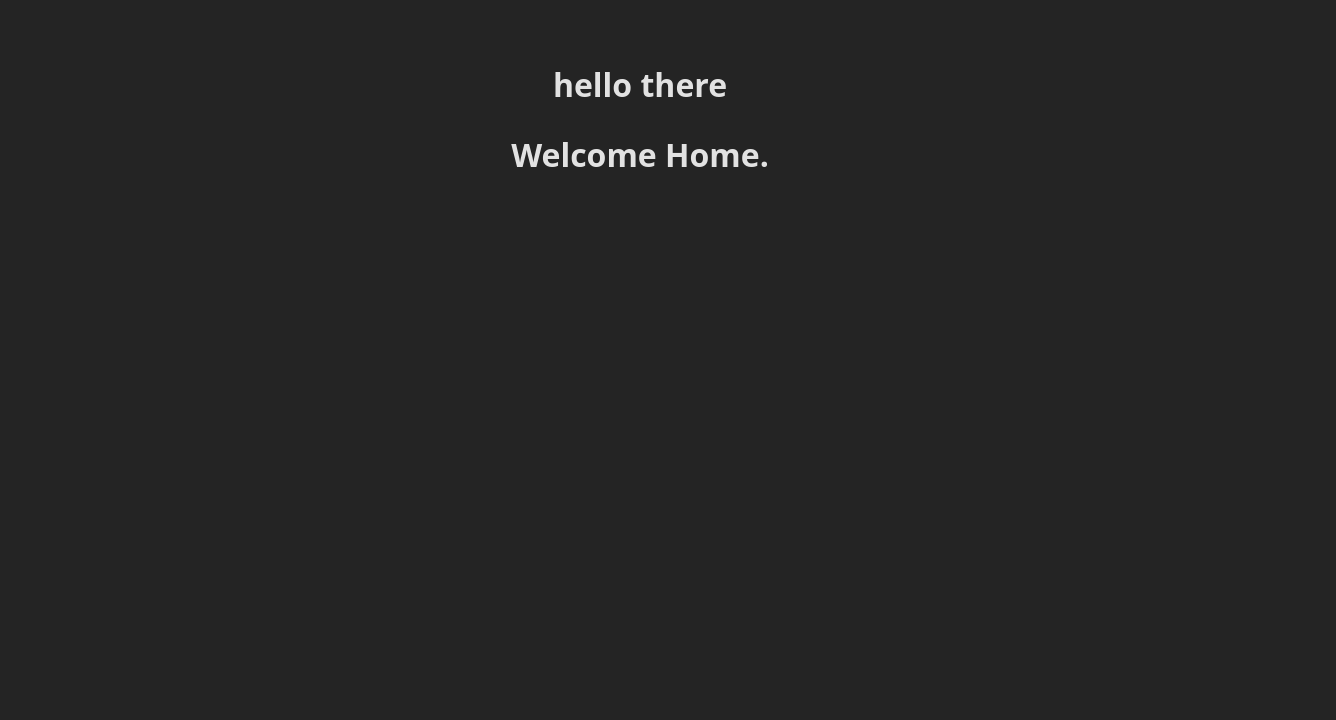
Repository: VladimirGagarin/Poeticum
Page: /
An editor plug-in stored every save of this project. The page is shown before and after a run of saves, followed by the edit.
The browser window is 1280 px wide. The page is 1280 px wide, then 1336 px, so the pictures cover 1336 px, including what lies to the right of the window. The pictures show the whole page.
The project was rebuilt for these pictures with package versions that can differ from the ones it lists, and the page was loaded fresh each time. Also part of the build but not shown: vite.config.js, src/components/PoemScreen.jsx.

Above is the page before, as saved 2025-07-26 14:38:52.

After the next 3 saves:
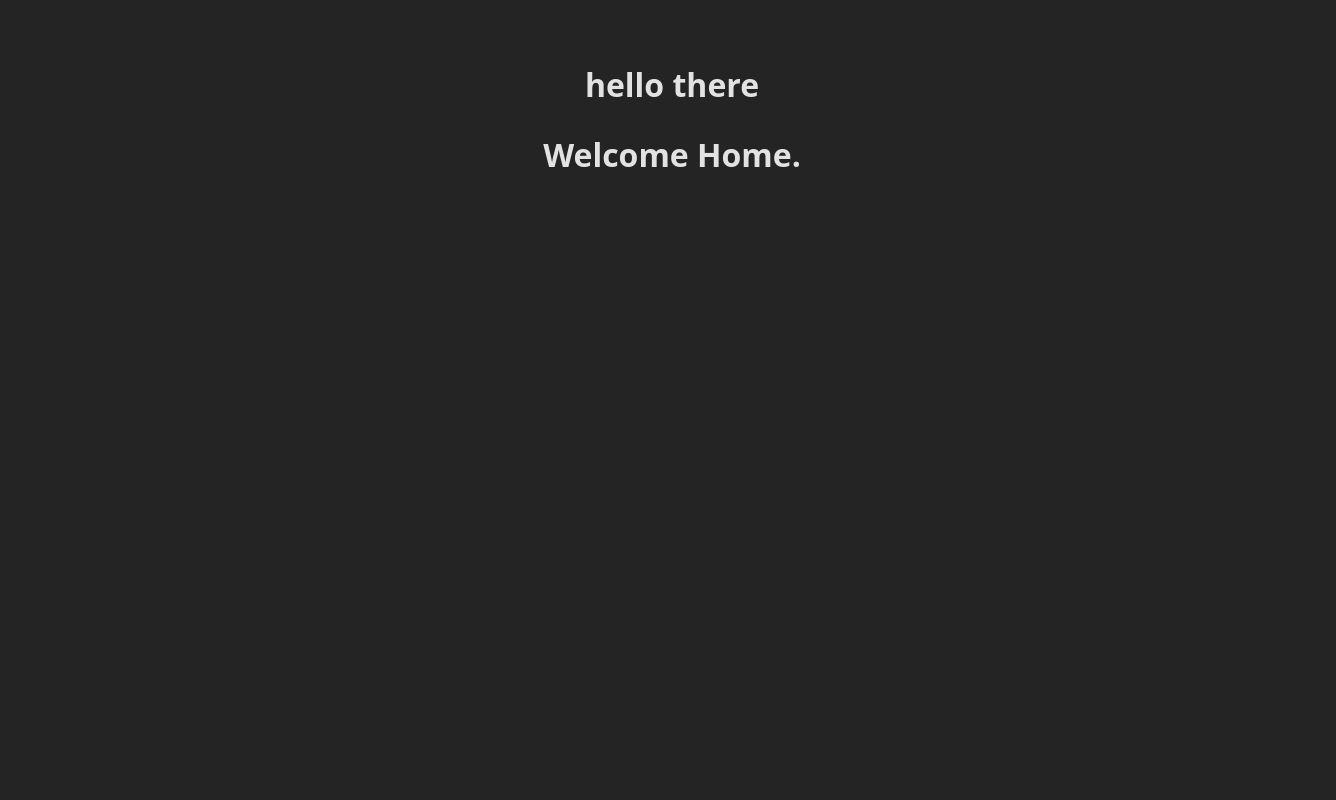
The 3 saves are shown as one change because they came seconds apart.
The last was saved 13 s later.
--- a/src/App.css
+++ b/src/App.css
@@ -1,5 +1,6 @@
 #root {
-  width: 100;
+  width: 100%;
+  min-height: 100vh;
   margin: 0 auto;
   padding: 2rem;
   text-align: center;
